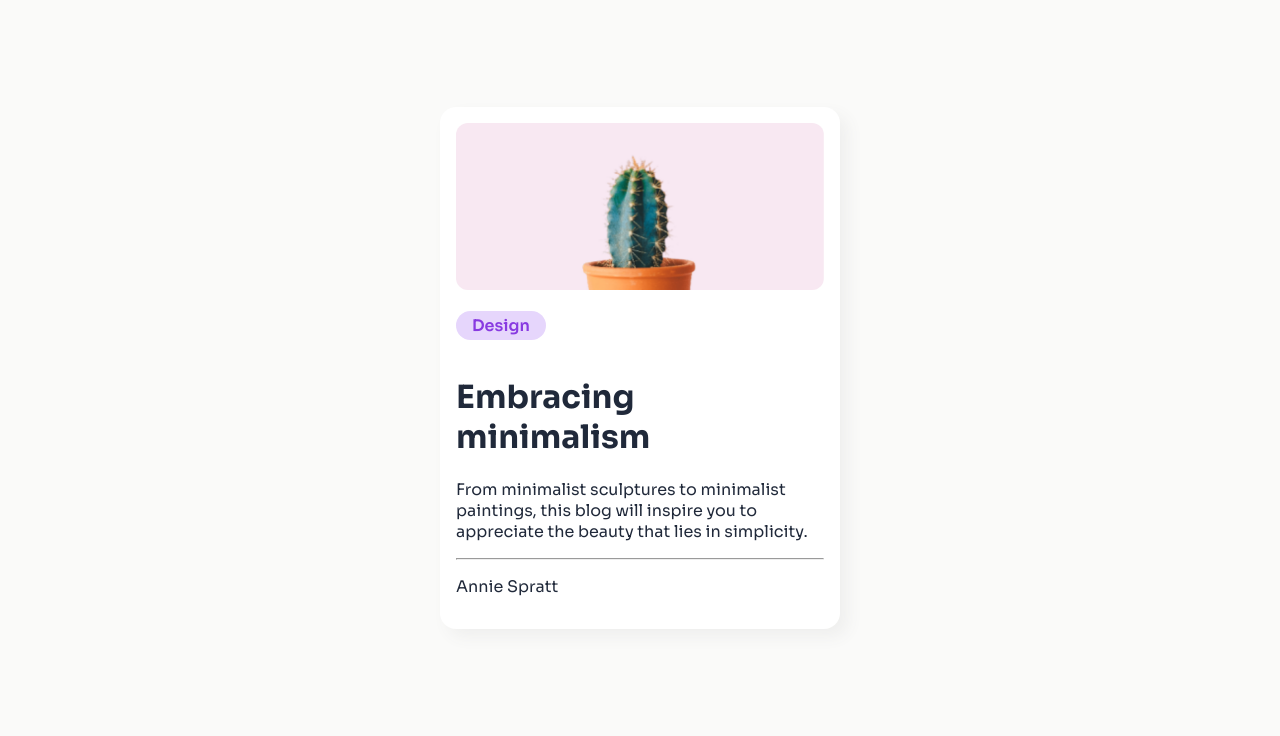
Repository: PCGP22/devChallengesio
Page: 01 - Minimal Blog Card/blogCard.html
An editor plug-in stored every save of this project. The page is shown before and after the next save, followed by the edit.
The browser window is 1280 px wide. The pictures show the whole page.

Above is the page before, as saved 2024-01-01 20:00:25.

After the next save:
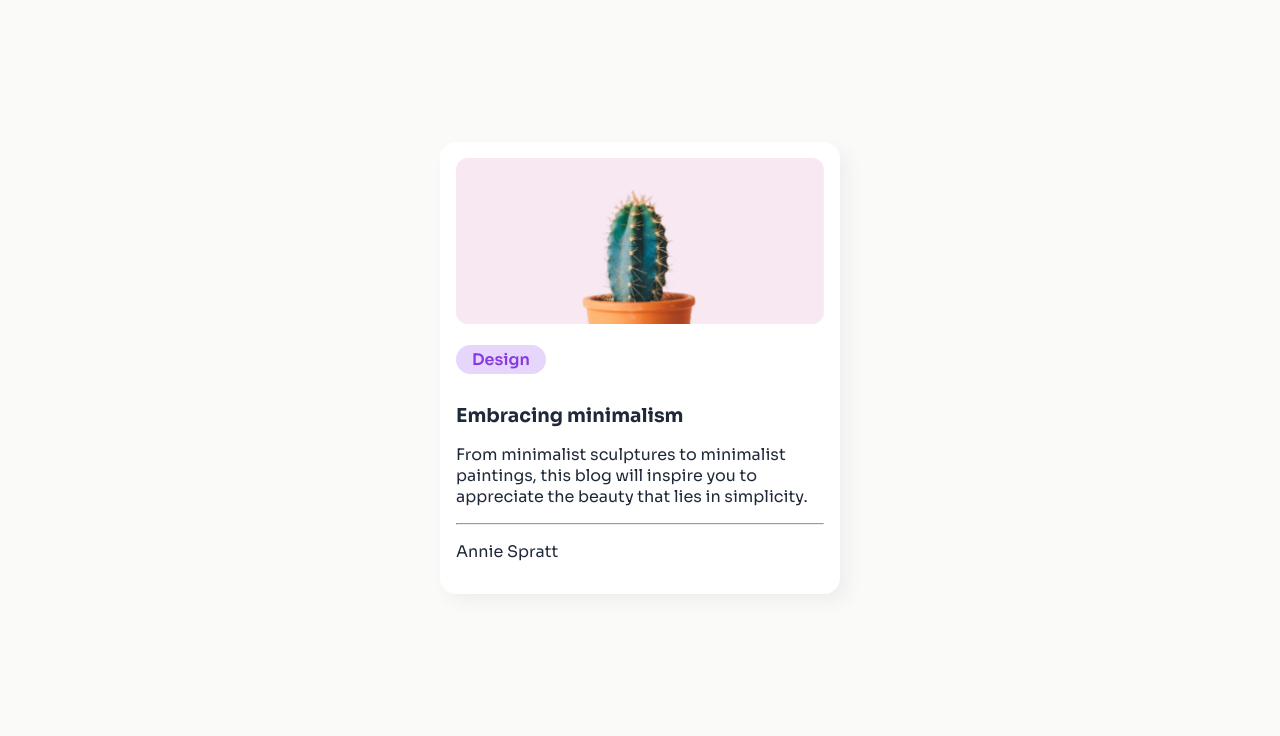
Saved 19 s later.
--- a/01 - Minimal Blog Card/styles.css
+++ b/01 - Minimal Blog Card/styles.css
@@ -45,3 +45,7 @@ body{
     border-radius: 16px;
     margin-block: 16px;
 }
+
+h1{
+    font-size: 1.2em;
+}
